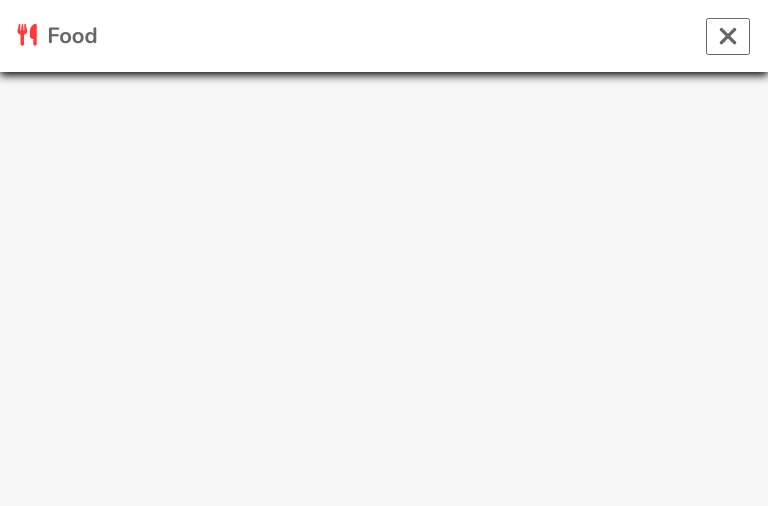
Repository: wenxi0504/ResturantApp-static-
Page: index.html
An editor plug-in stored every save of this project. The page is shown before and after the next save, followed by the edit.
The browser window is 768 px wide. The pictures show the whole page.
After loading, the first visible `#menu-bar` was clicked once.

Above is the page before, as saved 2022-01-09 22:08:36.
Console error: TypeError: Cannot read properties of null (reading 'classList')

After the next save:
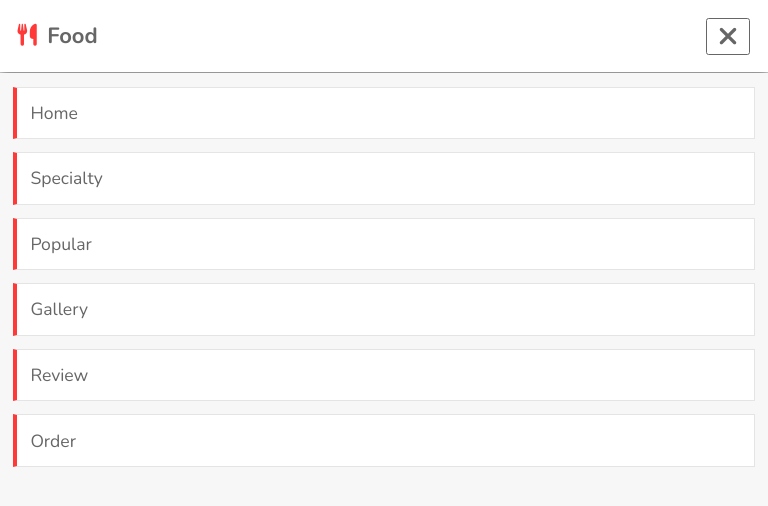
Saved 11 s later.
--- a/style.css
+++ b/style.css
@@ -129,7 +129,7 @@ header .navbar a:hover{
     }
 
     header .navbar.active{
-      /* clip-path: polygon(0 0, 100% 0, 100% 100%, 0% 100%); */
+      clip-path: polygon(0 0, 100% 0, 100% 100%, 0% 100%);
     }
 
     header .navbar a{
